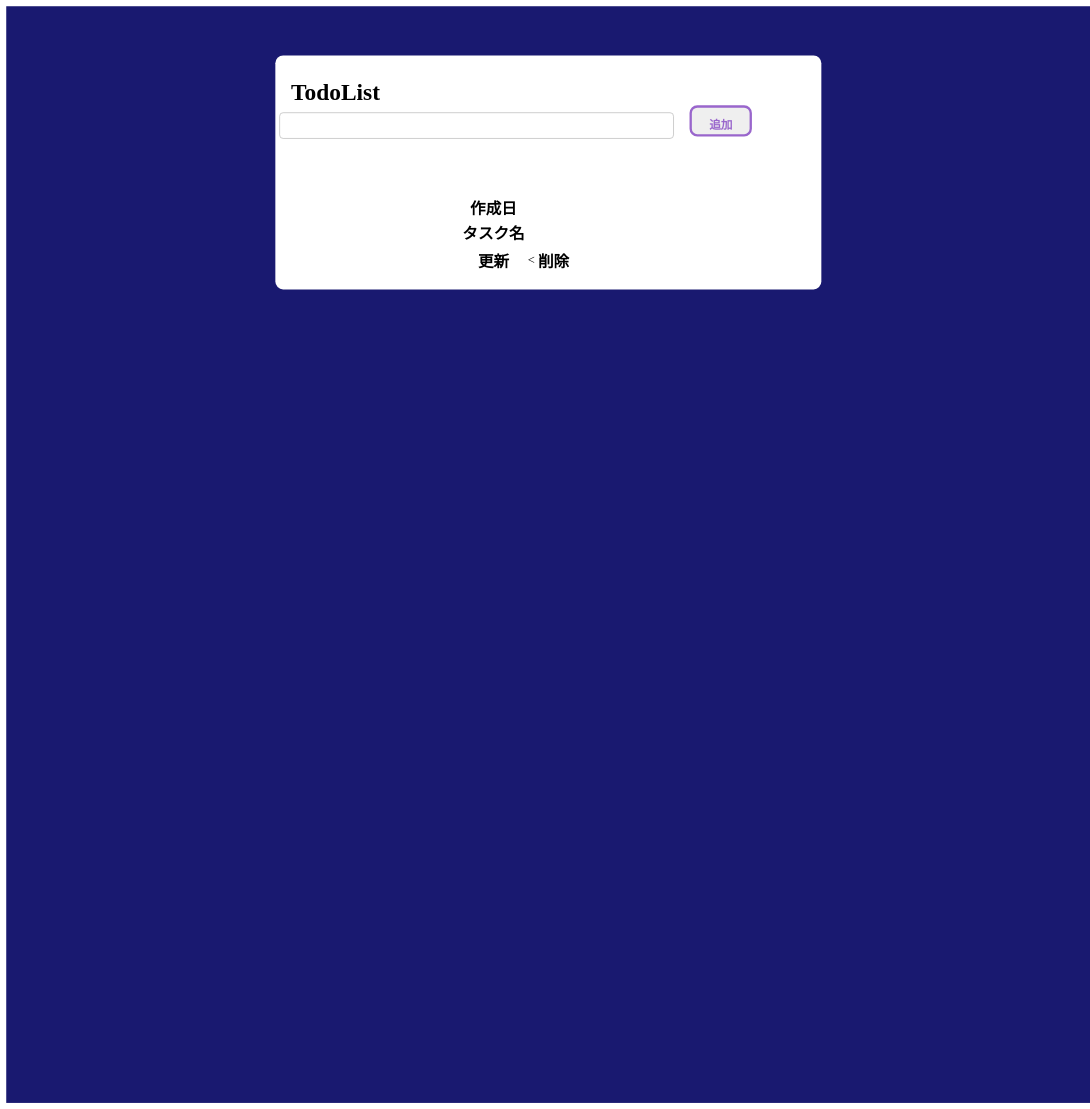
Repository: moro-ayu3/20230304_morohoshi
Page: http://localhost/
The author's editor kept a copy of each file at every save. The page is drawn from the files as they stood at one save, then again after a run of saves.
The browser window is 1280 px wide. The page is 1398 px wide, so the pictures cover 1398 px, including what lies to the right of the window. The pictures show the whole page, at 78% of full size.
The page is served by the project's Laravel application, run on PHP 8.4 with Laravel 8. Other server files are loaded and not shown. Queries for data that is not in the repository find no rows.

Above is the page before, as saved 2023-03-11 12:29:57.

### routes/web.php
<?php

use Illuminate\Support\Facades\Route;
use App\Http\Controllers\TodoController;

Route::get('/', [TodoController::class, 'index']);

Route::post('/todo/create', [TodoController::class, 'store']);

Route::post('/todo/update', [TodoController::class, 'update']);

Route::post('/todo/delete', [TodoController::class, 'delete']);

### app/Http/Controllers/TodoController.php
<?php
  namespace App\Http\Controllers;
  use Illuminate\Http\Request;
  use App\Models\Todo;
  use App\Http\Requests\TodoRequest;
  class TodoController extends Controller
  {
    public function index()
     {
        $todos= Todo::all();
        return view('index',['todos'=>$todos]);
  }

    public function store(TodoRequest $request)
     {
        $todo = new Todo;
        $todo->name =$request->input('new_todo');
        $form=$request->all();
        Todo::create($form);
        unset($form['_token']);
        return redirect('/');
    }

    public function update(TodoRequest $request)
     {
       $form = $request->all();
       unset($form['_token']);
       Todo::where('id', $request->id)->update($form);
       return redirect('/');
    }

    public function delete(Request $request)
     {
       Todo::find($request->id)->delete();
       return redirect('/');
    }

  }

### app/Models/Todo.php
<?php

namespace App\Models;

use Illuminate\Database\Eloquent\Factories\HasFactory;
use Illuminate\Database\Eloquent\Model;

class Todo extends Model
{
    use HasFactory;

    protected $fillable = ['content'];
}

### resources/views/index.blade.php
<!DOCTYPE html>
<html lang="ja">

<head>
  <meta charset="UTF-8">
  <meta name="viewport" content="width=device-width, initial-scale=1.0">
  <title>実践アプリ開発入門</title>
  <style>
    .homepage {
      width: 100%;
      height: 100vw;
      padding: 5% 5%;
      background-color: #191970;
    }

    .container {
      display: flex;
      justify-content: center;
      align-items: center;
    }

    .inner {
      width: 700px;
      height: auto;
      border-radius: 10px 10px 10px 10px;
      background-color: #fff;
      margin: 0 auto;
    }

    .header-title {
      font-size: 30px;
      font-weight: bold;
      color: black;
      margin-top: 30px;
      margin-left: 20px;
    }

    .form {
      display: inline-block;
      margin: -20px -15px;
    }

    .text {
      width: 500px;
      height: 30px;
      border: solid 1px #c0c0c0;
      margin-left: 20px;
      border-radius: 5px 5px 5px 5px;
      display: inline-block;
    }

    .create-btn {
      width: 80px;
      height: 40px;
      margin-left: 20px;
      margin-right: 20px;
      border-radius: 10px 10px 10px 10px;
      border: solid 3px #9966CC;
      display: inline-block;
      font-size: 15px;
      font-weight: bold;
      color: #9966CC;
      padding:10px 20px 10px 20px;
    }

    table {
      display: flex;
      justify-content: center;
      align-items: center;
      margin-top: 30px;
      margin-bottom: 40px;
    }

    .date-1 {
      margin-left: 50px;
      font-size: 20px;
      font-weight: bold;
      color: black;
    }

    .name {
      margin-left: 80px;
      font-size: 20px;
      font-weight: bold;
      color: black;
    }

    .update {
      margin-left: 40px;
      font-size: 20px;
      font-weight: bold;
      color: black;
    }

    .delete {
      margin-left: 20px;
      margin-right: 20px;
      font-size: 20px;
      font-weight: bold;
      color: black;
    }

    .parent {
      display: flex;
      justify-content: center;
      align-items: center;
    }

    .date-2 {
      margin-left: 20px;
      font-size: 20px;
      color: black;
    }

    .input-update {
      width: 200px;
      height: 20px;
      border: solid 1px #c0c0c0;
      border-radius: 5px 5px 5px 5px;
      margin-left: 10px;
    }

    .button-update {
      width: 80px;
      height: 40px;
      border-radius: 10px 10px 10px 10px;
      border: solid 3px #ffa500;
      margin-left: 10px;
      font-size: 15px;
      font-weight: bold;
      color: #ffa500;
      padding: 10px 20px;
    }

    .button-delete {
      width: 80px;
      height: 40px;
      border-radius: 10px 10px 10px 10px;
      border: solid 3px #40e0d0;
      margin-left: 10px;
      margin-right: 20px;
      font-size: 15px;
      font-weight: bold;
      color: #40e0d0;
      padding: 10px 20px;
    }

  </style>
</head>

<body>
  <div class="homepage">
     <div class="container">
      <div class="inner">
        <header>
          <h1 class="header-title">TodoList</h1>
        </header>
        <main>
          @if (count($errors) > 0)
           <ul>
           @foreach ($errors->all() as $error)
           <li>{{$error}}</li>
           @endforeach
           </ul>
          @endif
          <div class="form">
            <form action="/todo/create" method="post">
             @csrf
             <table>
              @if ($errors->has('content'))
              <tr>
                <th>ERROR</th>
                <td>{{$errors->first('content')}}</td>
              </tr>
              @endif
              <input type="text" class="text" name="content">
              @if ($errors->has('content'))
              <tr>
                <th>ERROR</th>
                <td>{{$errors->first('content')}}</td>
              </tr>
              @endif
              <button class="create-btn">追加</button>
            </form>
          </div>

          <table>
            @csrf
            @if ($errors->has('date-1'))
              <tr>
                <th>ERROR</th>
                <td>{{$errors->first('date-1')}}</td>
              </tr>
            @endif
            <tr>
              <th class="date-1">作成日</th>
              <td><input type="hidden" name="date-1"></td>
            </tr>
            @if ($errors->has('name'))
              <tr>
                <th>ERROR</th>
                <td>{{$errors->first('name')}}</td>
              </tr>
            @endif
            <tr>
              <th class="name">タスク名</th>
              <td><input type="hidden" name="name"></td>
            </tr>
            @if ($errors->has('updated_at'))
              <tr>
                <th>ERROR</th>
                <td>{{$errors->first('updated_at')}}</td>
              </tr>
            @endif
            <tr></tr>
              <th class="update">更新</th>
              <td><in</td>
              <
              <th class="delete">削除</th>
            </tr>
            @foreach($todos as $todo)
            <tr>
              <td>
                {{ $todo->created_at}}
              </td>
              <div class="parent">
                <form action="/todo/update" method="post" >
                @csrf
                 <input type="hidden" value="{{$todo->id}}" name="id">
                  <td>
                    <input type="text" class="input-update" value="{{$todo->content}}" name="content" />
                  </td>
                  <td>
                    <button class="button-update">更新</button>
                  </td>
                </form>
                <td>
                  <form action="/todo/delete" method="post">
                   @csrf
                    <input type="hidden" value="{{$todo->id}}" name="id">
                      <button class="button-delete">削除</button>
                  </form>
                </td>
              </div>
            </tr>
            @endforeach
          </table>
        </main>
      </div>
     </div>
    </div>
</body>

</html>

Loaded but not shown: app/Http/Controllers/Controller.php (common file)

After the next 4 saves:
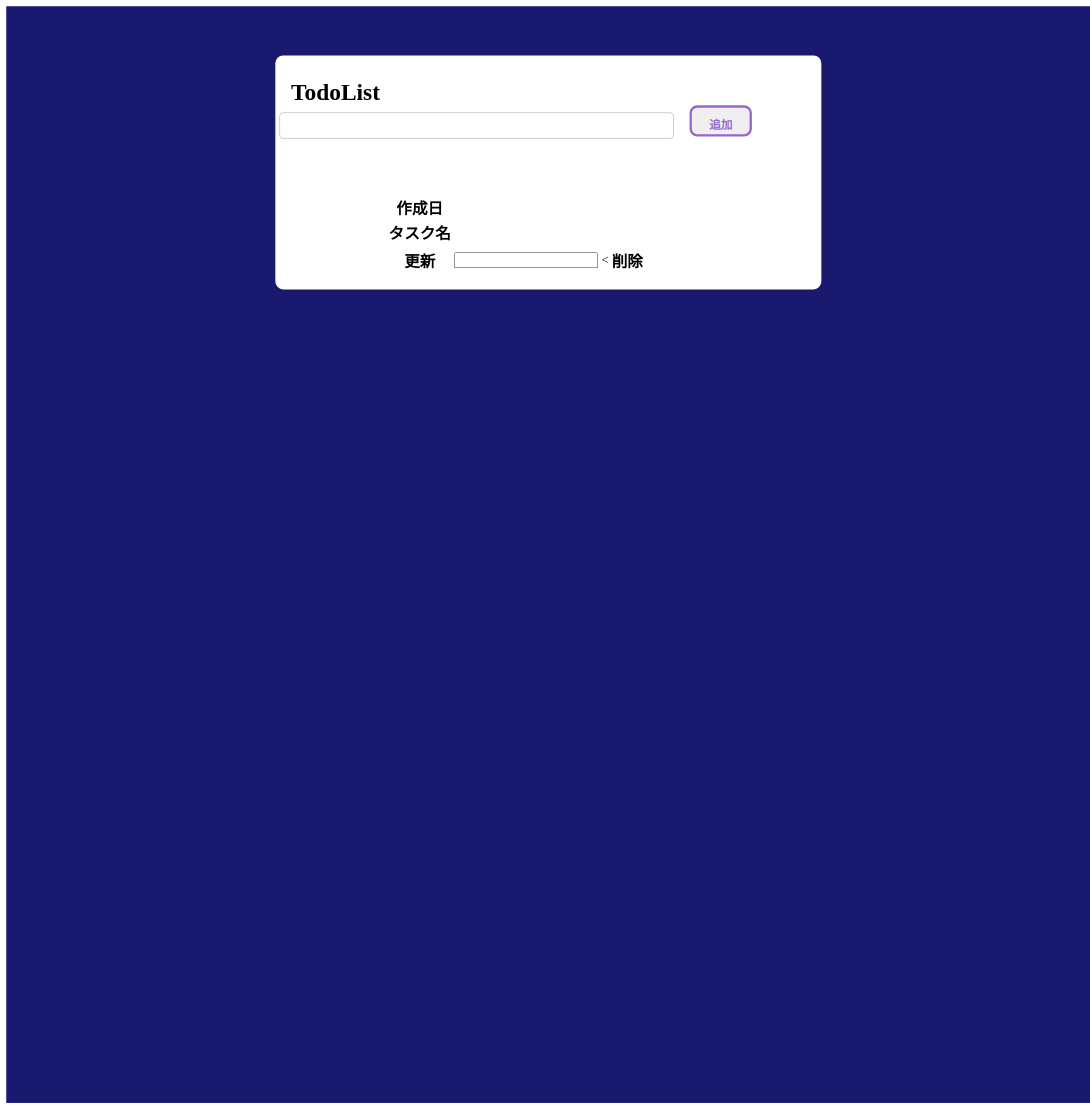
The 4 saves are shown as one change because they came seconds apart.
The last was saved 9 s later.
--- a/resources/views/index.blade.php
+++ b/resources/views/index.blade.php
@@ -214,7 +214,7 @@
             @endif
             <tr></tr>
               <th class="update">更新</th>
-              <td><in</td>
+              <td><input type=</td>
               <
               <th class="delete">削除</th>
             </tr>

After the 2 saves that followed:
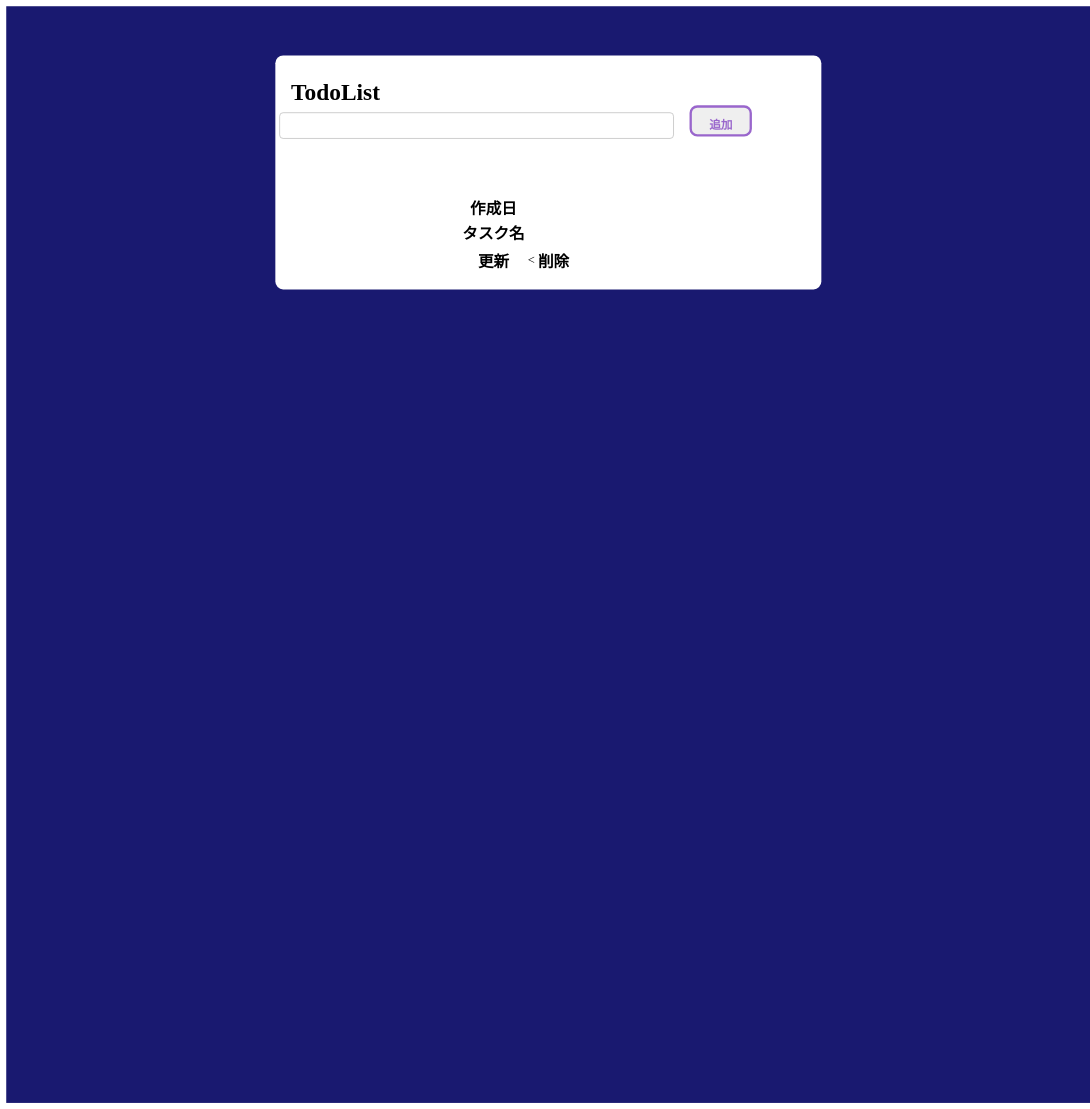
The 2 saves are shown as one change because they came seconds apart.
The last was saved 8 s later.
--- a/resources/views/index.blade.php
+++ b/resources/views/index.blade.php
@@ -214,7 +214,7 @@
             @endif
             <tr></tr>
               <th class="update">更新</th>
-              <td><input type=</td>
+              <td><input type="hidden"</td>
               <
               <th class="delete">削除</th>
             </tr>
